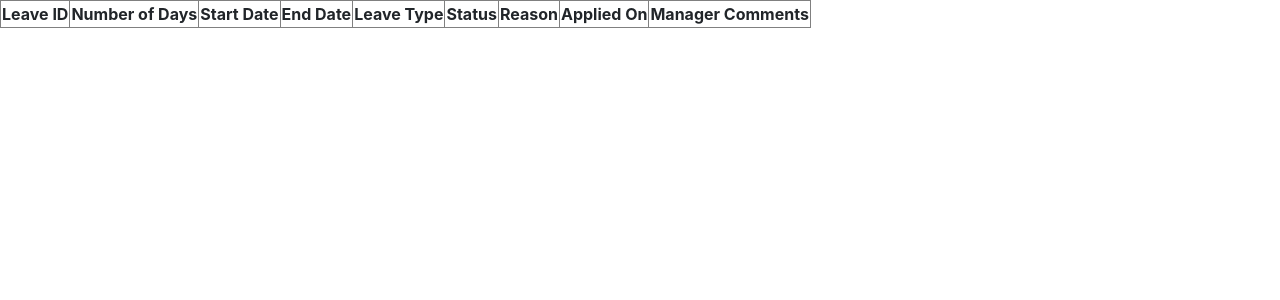
Repository: rkmr039/EMS_PROJECT
Page: http://localhost/EMS/MyLeaves.jsp
An editor plug-in stored every save of this project. The page is shown before and after the next save, followed by the edit.
The browser window is 1280 px wide. The pictures show the whole page.
The page is served by Tomcat 9.

Above is the page before, as saved 2019-08-27 05:42:25.
Console error: TypeError: Cannot read properties of undefined (reading 'fn')

After the next save:
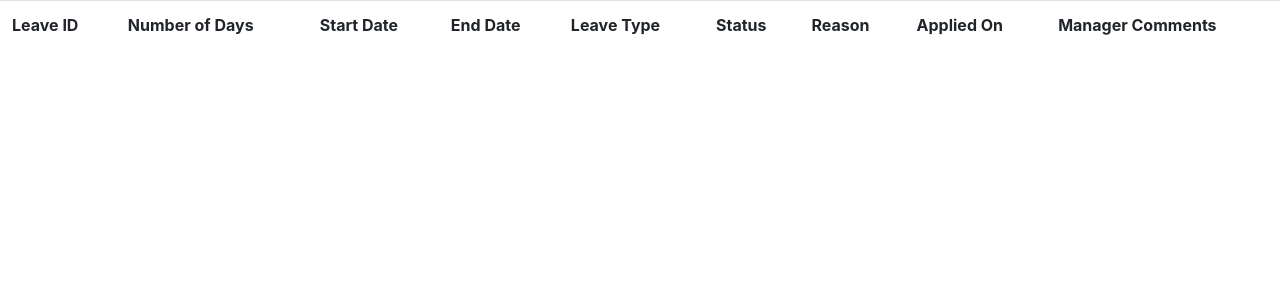
Saved 63 s later.
--- a/EMS/WebContent/MyLeaves.jsp
+++ b/EMS/WebContent/MyLeaves.jsp
@@ -9,7 +9,7 @@
 <title>My Leaves | EMS</title>
 </head>
 <body>
-	<table border="1">
+	<table class="table">
 		<tr>
 			<th>Leave ID</th>
 			<th>Number of Days</th>
